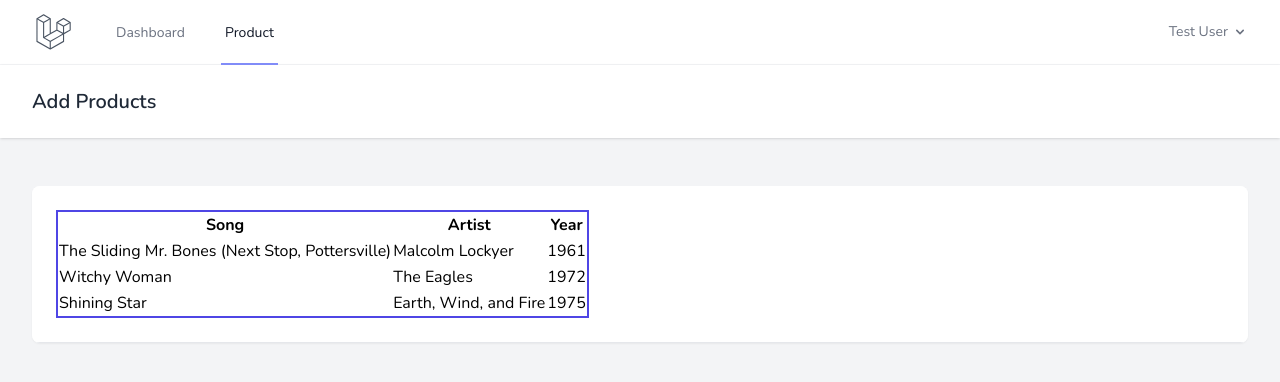
Repository: krishna-vm/them_set
Page: http://localhost/product
The author's editor kept a copy of each file at every save. The page is drawn from the files as they stood at one save, then again after the next save.
The browser window is 1280 px wide. The pictures show the whole page.
The page is served by the project's Laravel application, run on PHP 8.4 with Laravel 8. A made-up administrator, Test User (test@example.com), is signed in. Style sheets and scripts are compiled from the project's sources, by tool versions that may differ from the author's.

Above is the page before, as saved 2022-09-08 14:51:17.

After the next save:
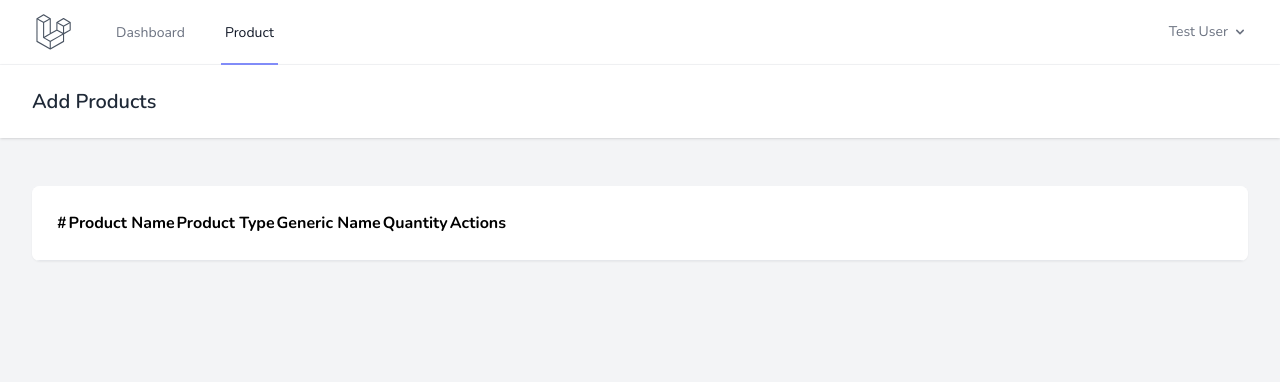
Saved 3 min 39 s later.
--- a/resources/views/product.blade.php
+++ b/resources/views/product.blade.php
@@ -65,32 +65,25 @@
                                 </div>
                             </div>
                         </div> --}}
-                        <table class="table-auto border-solid border-2 border-indigo-600">
-                            <thead>
-                              <tr>
-                                <th>Song</th>
-                                <th>Artist</th>
-                                <th>Year</th>
-                              </tr>
-                            </thead>
-                            <tbody>
-                              <tr>
-                                <td>The Sliding Mr. Bones (Next Stop, Pottersville)</td>
-                                <td>Malcolm Lockyer</td>
-                                <td>1961</td>
-                              </tr>
-                              <tr>
-                                <td>Witchy Woman</td>
-                                <td>The Eagles</td>
-                                <td>1972</td>
-                              </tr>
-                              <tr>
-                                <td>Shining Star</td>
-                                <td>Earth, Wind, and Fire</td>
-                                <td>1975</td>
-                              </tr>
-                            </tbody>
-                          </table>
+                        <div class="card-body">
+                            <div class="table-responsive">
+                              <table class="table">
+                                  <thead>
+                                      <tr class="text-center">
+                                          <th>#</th>
+                                          <th>Product Name</th>
+                                          <th>Product Type</th>
+                                          <th>Generic Name</th>
+                                          <th>Quantity</th>
+                                          <th>Actions</th>
+                                      </tr>
+                                  </thead>
+                                  <tbody>
+
+                                  </tbody>
+                              </table>
+                            </div>
+                          </div>
                     </div>
                 </div>
             </div>
